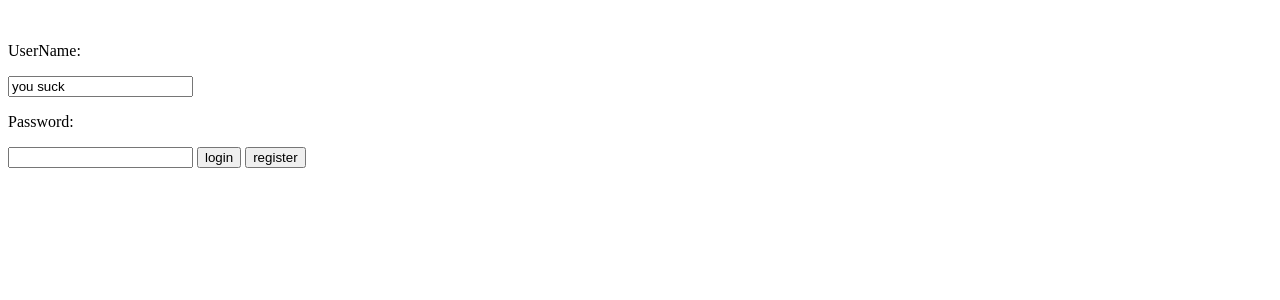
Repository: Hamzamshoaib/us2
Page: http://localhost/te_assignment_2/
An editor plug-in stored every save of this project. The page is shown before and after the next save, followed by the edit.
The browser window is 1280 px wide. The pictures show the whole page.
The page is served by Tomcat 9. Other server files are loaded and not shown. Queries for data that is not in the repository find no rows.

Above is the page before, as saved 2015-05-08 18:31:49.

### te_assignment_2/WebContent/index.jsp
<%@ page language="java" contentType="text/html; charset=US-ASCII"
    pageEncoding="US-ASCII"%>
<!DOCTYPE html PUBLIC "-//W3C//DTD HTML 4.01 Transitional//EN" "http://www.w3.org/TR/html4/loose.dtd">
<html>
<head>
<meta http-equiv="Content-Type" content="text/html; charset=US-ASCII">
<title>	Daily Auction</title>
</head>
<body>
<FORM NAME="loginform" ACTION="delegate" METHOD="POST">
${message}
<br>
<p>UserName: </p>
<INPUT type="text" name="username" value="you suck">
<br>
<p>Password: </p>
<INPUT type="password" name="password">
<INPUT TYPE="button" name="action" value="login">
<INPUT TYPE="button" name="action" value="register">

</FORM>
</body>
</html>

### te_assignment_2/src/edu/unsw/comp9321/Email.java
package edu.unsw.comp9321;


import java.util.Properties;
import javax.mail.Message;
import javax.mail.MessagingException;
import javax.mail.PasswordAuthentication;
import javax.mail.Session;
import javax.mail.Transport;
import javax.mail.internet.InternetAddress;
import javax.mail.internet.MimeMessage;


public class Email {

	String from;
    final String username = "dailyauctiondeals";
    final String password = "moshe123";
    String host;
    Properties props;
    Session session;

	public Email(){
		from = "dailyauctiondeals@gmail.com";
		host = "smtp.gmail.com";

		props = new Properties();
		props.put("mail.smtp.auth", "true");
		props.put("mail.smtp.starttls.enable", "true");
		props.put("mail.smtp.host", host);
		props.put("mail.smtp.port", "587");

		session = Session.getInstance(props,
	      new javax.mail.Authenticator() {
	         protected PasswordAuthentication getPasswordAuthentication() {
	            return new PasswordAuthentication(username, password);
	         }
		});
	}

	public Boolean sendVerifyEmail(String to, String IDToken){

	      try {
	         // Create a default MimeMessage object.
	         Message message = new MimeMessage(session);

	         // Set From: header field of the header.
	         message.setFrom(new InternetAddress(from));

	         // Set To: header field of the header.
	         message.setRecipients(Message.RecipientType.TO,
	         InternetAddress.parse(to));
	         // Set Subject: header field
	         message.setSubject("Welcome to Daily Auction Deals! Please verify your email.");
	         // Now set the actual message
	         message.setText("Hi!\n\n"
	         		+ "Welcome to Daily Auction Deals! To use your account, please verify your email by clicking this link "
	         		+ "\n\n\thttp://localhost:8080/te_assignment_2/verification?verification_token=" + IDToken
	         		+ "\n\n"
	         		+ "Daily Auction Deals Team :)");

	         // Send message
	         Transport.send(message);

	         System.out.println("Sent message successfully...");

	      } catch (MessagingException e) {
	    	  return false;
	      }

		return true;
	}

	public Boolean newHighBid(int Item_ID){
		UserController uc = new UserController();
		BiddingController bc = new BiddingController();
		String user = bc.winningBidder(Item_ID);
		int highestBid = bc.currentWinningBid(Item_ID);
		String to = uc.getEmail(user);
		String itemName = uc.getItemName(Item_ID);
	      try {
		         // Create a default MimeMessage object.
		         Message message = new MimeMessage(session);

		         // Set From: header field of the header.
		         message.setFrom(new InternetAddress(from));

		         // Set To: header field of the header.
		         message.setRecipients(Message.RecipientType.TO,
		         InternetAddress.parse(to));
		         // Set Subject: header field
		         message.setSubject("Congratulations " + user + "! You have the highest bid at the moment!");
		         // Now set the actual message
		         message.setText("Hi!\n\n"
		         		+ "You have the highest bid for " + itemName + " at $" + highestBid + "."
		         		+ "\n\n"
		         		+ "Daily Auction Deals Team :)");

		         // Send message
		         Transport.send(message);

		         System.out.println("Sent New High Bid Mail successfully...");

	      } catch (MessagingException e) {
	    	  return false;
	      }
	      return true;
	}

	public Boolean sendLostBidEmail(int Item_ID){
		UserController uc = new UserController();
		BiddingController bc = new BiddingController();

		String user = bc.secondHighestBidder(Item_ID);
		if (user == null){
			System.out.println("He was the only bidder");
			return false;
		}

		int highestBid = bc.currentWinningBid(Item_ID);
		String to = uc.getEmail(user);
		String itemName = uc.getItemName(Item_ID);
	      try {
		         // Create a default MimeMessage object.
		         Message message = new MimeMessage(session);

		         // Set From: header field of the header.
		         message.setFrom(new InternetAddress(from));

		         // Set To: header field of the header.
		         message.setRecipients(Message.RecipientType.TO,
		         InternetAddress.parse(to));
		         // Set Subject: header field
		         message.setSubject("Oh no, " + user + "! You've been outbid!");
		         // Now set the actual message
		         message.setText("Hi!\n\n"
		         		+ "Unfortunately you have been outbid for your " + itemName + ".\n\n"
		         		+ "The new highest bid is: $" + highestBid + "."
		         		+ "\n\n"
		         		+ "Daily Auction Deals Team :)");

		         // Send message
			         Transport.send(message);

			         System.out.println("Sent Lost Bid Mail successfully...");

	      } catch (MessagingException e) {
	    	  return false;
	      }
	      return true;
	}

	public Boolean emailWinner(int Item_ID){
		UserController uc = new UserController();
		BiddingController bc = new BiddingController();
		String user = bc.winningBidder(Item_ID);
		int highestBid = bc.currentWinningBid(Item_ID);
		String to = uc.getEmail(user);
		String itemName = uc.getItemName(Item_ID);
	      try {
		         // Create a default MimeMessage object.
		         Message message = new MimeMessage(session);

		         // Set From: header field of the header.
		         message.setFrom(new InternetAddress(from));

		         // Set To: header field of the header.
		         message.setRecipients(Message.RecipientType.TO,
		         InternetAddress.parse(to));
		         // Set Subject: header field
		         message.setSubject("Congratulations " + user + "! You have won an item!");
		         // Now set the actual message
		         message.setText("Hi!\n\n"
		         		+ "You have won a brand new " + itemName + " for $" + highestBid + "! :)"
		         		+ "\n\n"
		         		+ "Daily Auction Deals Team :)");

		         // Send message
		         Transport.send(message);

		         System.out.println("Sent winner email successfully...");

	      } catch (MessagingException e) {
	    	  return false;
	      }
	      return true;
	}

	public Boolean emailOwner(int Item_ID){
		UserController uc = new UserController();
		BiddingController bc = new BiddingController();
		String user = uc.getItemOwner(Item_ID);
		int highestBid = bc.currentWinningBid(Item_ID);
		String to = uc.getEmail(user);
		String itemName = uc.getItemName(Item_ID);
	      try {
		         // Create a default MimeMessage object.
		         Message message = new MimeMessage(session);

		         // Set From: header field of the header.
		         message.setFrom(new InternetAddress(from));

		         // Set To: header field of the header.
		         message.setRecipients(Message.RecipientType.TO,
		         InternetAddress.parse(to));
		         // Set Subject: header field
		         message.setSubject("Congratulations " + user + "! Your item has been sold!");
		         // Now set the actual message
		         message.setText("Hi!\n\n"
		         		+ "You have sold your item " + itemName + " for $" + highestBid + "! :)"
		         		+ "\n\n"
		         		+ "Daily Auction Deals Team :)");

		         // Send message
		         Transport.send(message);

		         System.out.println("Sent owner email successfully...");

	      } catch (MessagingException e) {
	    	  return false;
	      }
	      return true;
	}

	public Boolean lessThanReserved(int Item_ID){
		UserController uc = new UserController();
		BiddingController bc = new BiddingController();
		String user = uc.getItemOwner(Item_ID);
		int highestBid = bc.currentWinningBid(Item_ID);
		String to = uc.getEmail(user);
		String itemName = uc.getItemName(Item_ID);
	      try {
		         // Create a default MimeMessage object.
		         Message message = new MimeMessage(session);

		         // Set From: header field of the header.
		         message.setFrom(new InternetAddress(from));

		         // Set To: header field of the header.
		         message.setRecipients(Message.RecipientType.TO,
		         InternetAddress.parse(to));
		         // Set Subject: header field
		         message.setSubject(user + ", your item has not reached its reserve price");
		         // Now set the actual message
		         message.setText("Hi!\n\n"
		         		+ "Your item, " + itemName + " has an offer of $" + highestBid
		         		+ " which is below your reserve price of $" + bc.getReservePrice(Item_ID) + ".\n\n"
		         		+ "Log into your account to accept or reject this offer."
		         		+ "\n\n"
		         		+ "Daily Auction Deals Team :)");

		         // Send message
		         Transport.send(message);

		         System.out.println("Sent reserved price notification email successfully...");

	      } catch (MessagingException e) {
	    	  return false;
	      }
	      return true;
	}

	public Boolean itemNotSold(int Item_ID){
		UserController uc = new UserController();
		String user = uc.getItemOwner(Item_ID);
		String to = uc.getEmail(user);
		String itemName = uc.getItemName(Item_ID);
	      try {
		         // Create a default MimeMessage object.
		         Message message = new MimeMessage(session);

		         // Set From: header field of the header.
		         message.setFrom(new InternetAddress(from));

		         // Set To: header field of the header.
		         message.setRecipients(Message.RecipientType.TO,
		         InternetAddress.parse(to));
		         // Set Subject: header field
		         message.setSubject(user + ", your item wasn't sold :(");
		         // Now set the actual message
		         message.setText("Hi!\n\n"
		         		+ "Your item, " + itemName + ", has not had any bids and was not sold. :( \n\n"
		         		+ "Log into your account and re-add if you want."
		         		+ "\n\n"
		         		+ "Daily Auction Deals Team :)");

		         // Send message
		         Transport.send(message);

		         System.out.println("Sent item not sold notification email successfully...");

	      } catch (MessagingException e) {
	    	  return false;
	      }
	      return true;
	}

	public void newBidEmails(int Item_ID){
		newHighBid(Item_ID);
		sendLostBidEmail(Item_ID);
	}

	public void endAuctionEmails(int Item_ID){
		emailWinner(Item_ID);
		emailOwner(Item_ID);
	}
}

After the next save:
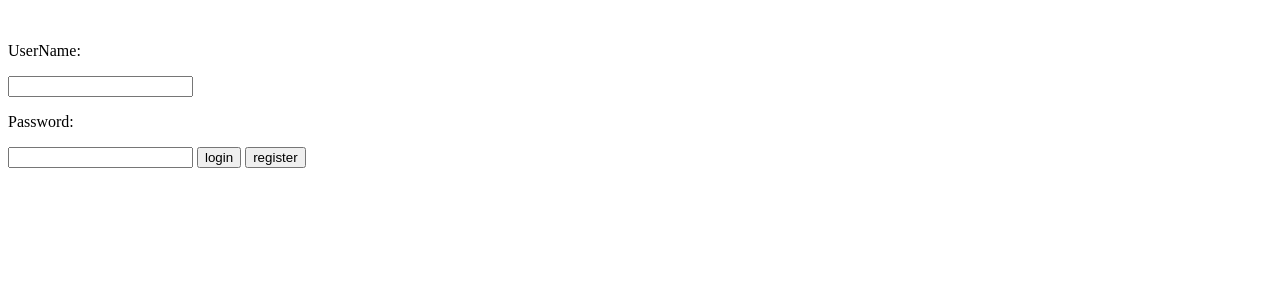
Saved 46 s later.
--- a/te_assignment_2/WebContent/index.jsp
+++ b/te_assignment_2/WebContent/index.jsp
@@ -7,11 +7,11 @@
 <title>	Daily Auction</title>
 </head>
 <body>
-<FORM NAME="loginform" ACTION="delegate" METHOD="POST">
+<FORM NAME="loginform" ACTION="Delegate" METHOD="POST">
 ${message}
 <br>
 <p>UserName: </p>
-<INPUT type="text" name="username" value="you suck">
+<INPUT type="text" name="username">
 <br>
 <p>Password: </p>
 <INPUT type="password" name="password">
